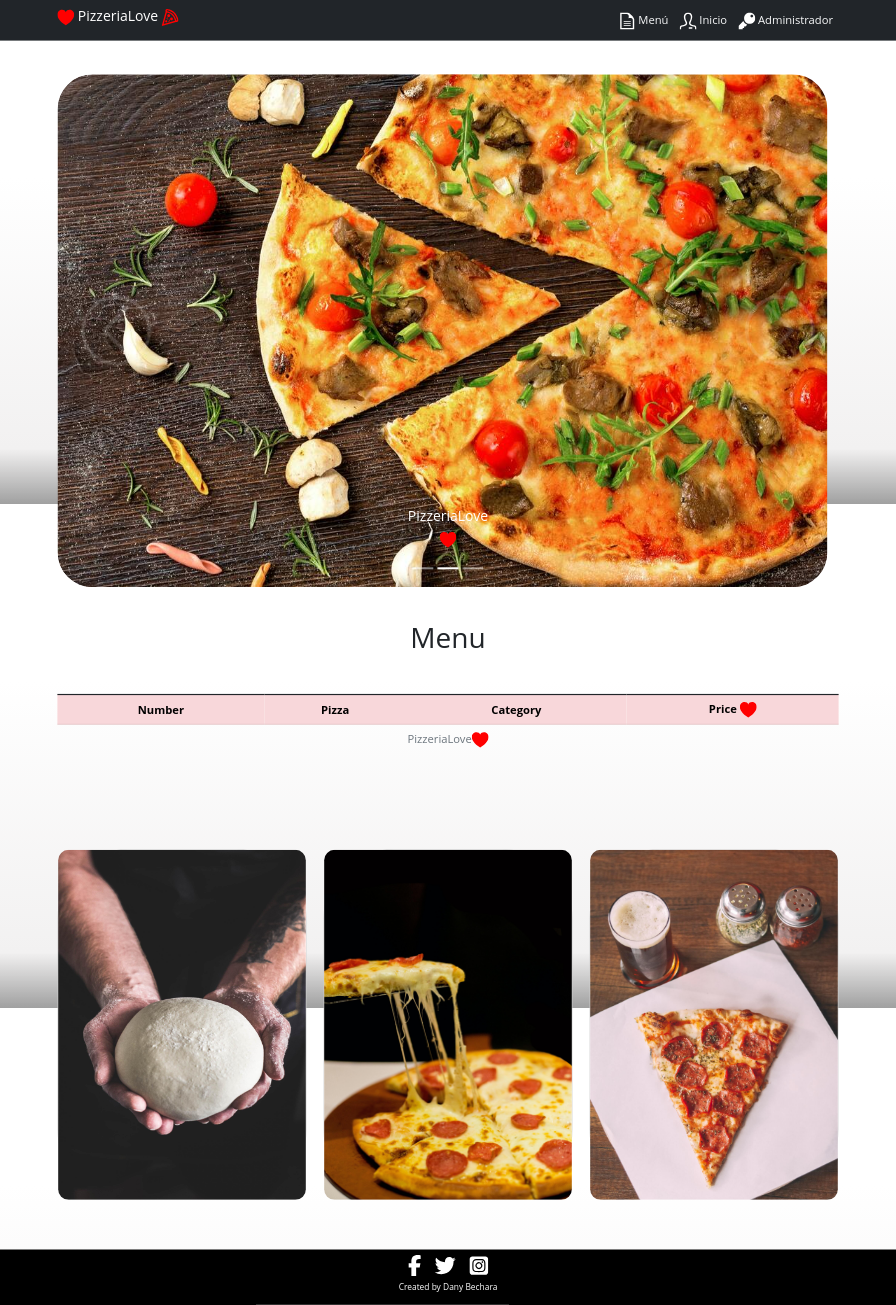
Repository: bechara611/PizzeriaLove
Page: /
The author's editor kept a copy of each file at every save. The page is drawn from the files as they stood at one save, then again after the next save.
The browser window is 1280 px wide. The pictures show the whole page, at 70% of full size.
The page's requests for data from a server got no answer. Backgrounds fixed to the window are drawn as part of the page. The project was rebuilt for these pictures with package versions that can differ from the ones it lists, and the page was loaded fresh each time. No one was signed in, and anything a server would have sent is missing. Also part of the build but not shown: src/App.css, src/App.js, src/Componentes/FormularioAgregarMenu.css, src/Elementos/Alerta.js, src/Elementos/AlertaRed.js, src/Componentes/FormularioAgregarMenu.js.

Above is the page before, as saved 2022-02-25 22:31:37.

### src/index.js
import React,{useState} from 'react';
import ReactDOM from 'react-dom';
import './index.css';
import 'bootstrap/dist/css/bootstrap.css'
import 'bootstrap/dist/js/bootstrap.bundle.min';
import Header from './Componentes/Header';
import {BrowserRouter,Route, Routes,NavLink} from 'react-router-dom'
import {App,App2} from './App';
import WebFont from 'webfontloader'
import './index.css'
import Carousel from './Componentes/Carousel';
import Menu from './Componentes/Menu';
import Footer from './Componentes/Footer';
import { FormularioAgregarMenu } from './Componentes/FormularioAgregarMenu';
import Galeria from './Componentes/Galeria';

WebFont.load({
  google: {
    families: ['Open Sans:400,500,700', 'Sans-serif']
  }
});

const Index = () => {
  const [administrador,cambiaradministrador]=useState(false);
  const [admin,cambiaradmin]=useState('');
  return (
  <BrowserRouter>
     <Header administrador={administrador} cambiaradministrador={cambiaradministrador} cambiaradmin={cambiaradmin} admin={admin}></Header>
   {admin==='admin' ? <h2 className='my-5 tittle text-dark text-center'>ADMIN</h2>:<></>}
     <Carousel></Carousel>

    <Routes>
    <Route path='/' element={<Menu borrar={false} />} ></Route>
    <Route path='/administrador' element={<FormularioAgregarMenu />} ></Route>
    <Route path='/inicio' element={<Menu borrar={false} />} ></Route>
    </Routes>


    <Footer></Footer>
    </BrowserRouter>
    );
}


ReactDOM.render(

  <Index />,
  document.getElementById('root')
);

### src/index.css
* {
  margin: 0;
  font-family:'Open Sans';
  /* Permalink - use to edit and share this gradient: https://colorzilla.com/gradient-editor/#ffffff+0,ffffff+100&1+0,0+100;White+to+Transparent */



}


body
{
  background: rgb(255,255,255);
  background: linear-gradient(180deg, rgba(255,255,255,1) 0%, rgba(255,255,255,1) 35%, rgba(242,241,241,1) 89%, rgba(10,10,10,0.38699229691876746) 100%);

  background-attachment:fixed;
}

### src/Componentes/Header.js
import {NavLink} from 'react-router-dom'
import styled from 'styled-components';
import { BotonTipoNavLink,BotonTipoNavLinkA } from '../Elementos/BotonTipoNavLink';
import {Pizza2,Administrador2,Inicio2,Menu2,Contacto2,Heart2}from '../Elementos/ImagenesSVG';
import {App,App2} from './../App';
import './Header.css'


const Header = ({cambiaradministrador,administrador,cambiaradmin}) => {
    let url1,urladmin;
    url1="/inicio";
    urladmin='/administrador'
      return (
        <>

        <nav className="navbar navbar-expand-sm navbar-dark bg-dark  header_nav">
        <div className="container contenedor1 ">
        <div className='hijo1_header'>
         <BotonTipoNavLink to={url1} className="navbar-brand"> <Heart2 / > PizzeriaLove <Pizza2></Pizza2></BotonTipoNavLink>



        </div>
      <div className='hijo2_header'>
        <button
        className="navbar-toggler mt-2"
        type="button"
        data-bs-toggle="collapse"
        data-bs-target="#menu"
        aria-controls="menu"
        aria-expanded="false"
        aria-label="Mostrar / Ocultar Menu"
      >
        <span className="navbar-toggler-icon"></span>
      </button>

      <div className="collapse navbar-collapse" id="menu">
      <ul className="navbar-nav me-auto mb-2 mb-lg-0 header_menu">
      <li className="nav-item opcion"><a href="#menuu" className="nav-link text-light  opcion" onClick={()=>{cambiaradmin('usuario')}}><Menu2></Menu2> Menú</a></li>
        <li className="nav-item"><BotonTipoNavLinkA to={url1} className="nav-link text-light" onClick={()=>{cambiaradmin('usuario')}}><Inicio2/> Inicio</BotonTipoNavLinkA></li>
        <li className="nav-item"><BotonTipoNavLink to={urladmin} className="nav-link text-light" onClick={()=>{cambiaradmin('admin')}}> <Administrador2 /> Administrador</BotonTipoNavLink></li>
      </ul>

    </div>
    </div>
        </div>

      </nav>

      </>
       );
    }

    export default Header;

### src/Componentes/Carousel.js
import { Heart2 } from '../Elementos/ImagenesSVG'
import imagen1 from './../Imagenes/carousel1.jpg'
import imagen2 from './../Imagenes/carousel2.jpg'
import imagen3 from './../Imagenes/carousel3.jpg'
import './Carousel.css'
const Carousel = () => {
    return (

        <>
<section className="main">
  <div className="container">
    <div className="row mt-5">
      <div className="col">
        <div className="carousel slide carousel-fade" id="mi-carousel" data-bs-ride="carousel">
          <div className="carousel-inner">
            <div className="carousel-item active">
            <div className="carousel-caption">
            <h5>PizzeriaLove</h5>
            <p><Heart2></Heart2></p>
          </div>
              <img className="img-fluid" src={imagen1} alt='' />
            </div>

            <div className="carousel-item" data-bs-interval="5000">
              <div className="carousel-caption">
                <h5>PizzeriaLove</h5>
                <p><Heart2></Heart2></p>
              </div>
              <img className="img-fluid" src={imagen2}  alt=''/>
            </div>
            <div className="carousel-item">
            <div className="carousel-caption">
            <h5>PizzeriaLove</h5>
            <p><Heart2></Heart2></p>
          </div>
            <img className="img-fluid" src={imagen3} alt='' />
            </div>
          </div>



          <button
            className="carousel-control-prev botonprev"
            type="button"
            data-bs-target="#mi-carousel"
            data-bs-slide="prev"
          >
            <span className="carousel-control-prev-icon  icono" aria-hidden="true"></span>
            <span className="visually-hidden">Prev</span>
          </button>
          <button
            className="carousel-control-next"
            type="button"
            data-bs-target="#mi-carousel"
            data-bs-slide="next"
          >
            <span className="carousel-control-next-icon icono" aria-hidden="true"></span>
            <span className="visually-hidden">Next</span>
          </button>




          <div className="carousel-indicators">
            <button
              type="button"
              className="active"
              data-bs-target="#mi-carousel"
              data-bs-slide-to="0"
              aria-label="Slide 1"
            ></button>
            <button
              type="button"
              className=""
              data-bs-target="#mi-carousel"
              data-bs-slide-to="1"
              aria-label="Slide 2"
            ></button>
            <button
              type="button"
              className=""
              data-bs-target="#mi-carousel"
              data-bs-slide-to="2"
              aria-label="Slide 3"
            ></button>
          </div>
        </div>
      </div>
    </div>
  </div>

</section>


        </>
     );
}

export default Carousel;

### src/Componentes/Menu.js
import React from 'react'
import { Heart2, Trash2 } from '../Elementos/ImagenesSVG';
import { db } from '../Firebase/FirebaseConfig';
import './Menu.css'
import useObtenerMenu from '../Hooks/useObtenerMenu';
import BorrarDocumento from '../Firebase/Borrar';
import Galeria from './Galeria';

const Menu = ({borrar}) => {
   const [platos,cambiarplatos]=useObtenerMenu();


    return (
        <>
        <div className="container contenedor-tabla">
        <div className="row my-5">

        <div className="col titulo">
        {borrar===true ?   <h1 className=''>Admin, you can delete a plate here:</h1> :    <h1 className=''>Menu</h1>}

        </div>
        </div>
            <div className="row my-5">

             <div className="table-responsive " id='menuu'>
            <table className="table table-hover table" >
            <caption className='captionMenu'>PizzeriaLove<Heart2></Heart2></caption>
             <thead>
             <tr className={borrar===true?'table-success' : 'table-danger'}>
             <th>Number</th>
             <th>Pizza</th>
             <th>Category </th>
             <th>Price <Heart2></Heart2> </th>
             </tr>
             </thead>
             <tbody>
             {
                 platos.map((plato,index)=>{
                     return <React.Fragment key={index}>
                     <tr onClick={()=>{


                     }} >
                     <td>{index +1}</td>
                     <td>{plato.plato}</td>
                     <td>{plato.categorias}</td>
                     {borrar===true ?    <td>{plato.precio}$  <Trash2 onClick={()=>{
                        if (borrar===true) {
                            BorrarDocumento(plato.id)
                         }
                     }}></Trash2> </td> : <td>{plato.precio}</td> }

                     </tr>
                     </React.Fragment>
                 })
             }
             </tbody>
             </table>
            </div>


            </div>
        </div>
        <Galeria></Galeria>
        </>

        )

}

export  default Menu;

### src/Componentes/Footer.js
import styled from "styled-components";
import './Footer.css'
import { FontAwesomeIcon } from '@fortawesome/react-fontawesome'
import { faCoffee } from '@fortawesome/free-solid-svg-icons'
import {  faFacebookF,faInstagramSquare,faTwitter } from '@fortawesome/free-brands-svg-icons';
import useObtenerMenu from "../Hooks/useObtenerMenu";


const Footer = () => {
    let face='https://www.facebook.com';
    let insta='https://www.instagram.com';
    let twitter='https://www.twitter.com';
    let nuevaPestana="_blank"

    return (
        <>
        <div className="container-fluid " >
        <div className="row fila">
        <footer className="col-12 footer">
        <a href={face} target={nuevaPestana} className='face'><FontAwesomeIcon icon={faFacebookF}/></a>
        <a href={twitter} target={nuevaPestana} className='twitter'><FontAwesomeIcon icon={faTwitter}/></a>
        <a href={insta} target={nuevaPestana} className='instagram'><FontAwesomeIcon icon={faInstagramSquare}/></a>

        </footer>
        <p className="col-12">Created by Dany Bechara</p>
        </div>
        </div>
        </>
     );
}

export default Footer;

### src/Componentes/Galeria.js
import React from 'react';
import './Galeria.css'
import  Pizza1 from './../Imagenes/Pizza1.jpg'
import  Pizza2 from './../Imagenes/Pizza2.jpg'
import  Pizza3 from './../Imagenes/Pizza3.jpg'
import  Pizza4 from './../Imagenes/Pizza4.jpg'
import  Pizza5 from './../Imagenes/Pizza5.jpg'
import  Pizza6 from './../Imagenes/Pizza6.jpg'
import  Pizza7 from './../Imagenes/Pizza7.jpg'
import  Pizza8 from './../Imagenes/Pizza8.jpg'
import {ReactComponent as Menu} from './../Imagenes/Menu.svg'
const Galeria = () => {
    return (

        <>
        <div className="container   py-5">
    <div className="row my-4 ">
        <div className="col-lg-4">
            <div className="card cardcita">
           < img src={Pizza5} alt="" className=" cardcitaImagen"></img>
            </div>
        </div>
        <div className="col-lg-4">
            <div className="card cardcita">
           < img src={Pizza2} alt="" className="cardcitaImagen"></img>
            </div>
        </div>
        <div className="col-lg-4">
            <div className="card cardcita">
           < img src={Pizza8} alt="" className="cardcitaImagen"></img>
            </div>
        </div>
    </div>


        </div>
        </>
     );
}

export default Galeria;

### src/Elementos/BotonTipoNavLink.js
import styled from "styled-components"
import { NavLink } from "react-router-dom"
    const BotonTipoNavLink = styled(NavLink)`
    &:hover
    {
      text-decoration: underline;
      color: black;
    }
    `

    const BotonTipoNavLinkA=styled(BotonTipoNavLink)`
    text-decoration: none;
      color: black;
      cursor:pointer;
    `
    export {BotonTipoNavLink,BotonTipoNavLinkA}

### src/Elementos/ImagenesSVG.js
import styledComponents from 'styled-components';
import {ReactComponent as Pizza} from './../Imagenes/Pizza.svg'
import {ReactComponent as Inicio} from './../Imagenes/Inicio.svg'
import {ReactComponent as Menu} from './../Imagenes/Menu.svg'
import {ReactComponent as Administrador} from './../Imagenes/Administrador.svg'
import {ReactComponent as Contacto} from './../Imagenes/Contacto.svg'
import {ReactComponent as Heart} from './../Imagenes/Heart.svg'
import {ReactComponent as Trash} from './../Imagenes/Trash.svg'
const Pizza2 = styledComponents(Pizza)`
font-size:10px;
z-index: 1;
color:white;
fill:red;

`;
const Inicio2 = styledComponents(Inicio)`
font-size:10px;
z-index: 1;
color:white;
fill:white;

`;
const Menu2 = styledComponents(Menu)`
font-size:10px;
z-index: 1;
color:white;
fill:white;

`;
const Administrador2 = styledComponents(Administrador)`
font-size:10px;
z-index: 1;
color:white;
fill:white;

`;

const Contacto2 = styledComponents(Contacto)`
font-size:10px;
z-index: 1;
color:white;
fill:white;

`;

const Heart2 = styledComponents(Heart)`
font-size:10px;
z-index: 1;
color:white;
fill:red;

`;

const Trash2=styledComponents(Trash)`
fill:blue;
cursor:pointer;
`

export {Pizza2,Administrador2,Inicio2,Menu2, Contacto2,Heart2,Trash2}

### src/Componentes/Header.css

*{
   box-sizing: border-box;
   margin: 0;
   padding: 0;


}
.header_nav2
{
    /* margin-top: -8px; */
    background: -moz-linear-gradient(top,  rgba(211,126,128,1) 0%, rgba(146,171,207,0) 76%, rgba(134,179,222,0) 90%, rgba(125,185,232,0) 100%); /* FF3.6-15 */
background: -webkit-linear-gradient(top,  rgba(211,126,128,1) 0%,rgba(146,171,207,0) 76%,rgba(134,179,222,0) 90%,rgba(125,185,232,0) 100%); /* Chrome10-25,Safari5.1-6 */
background: linear-gradient(to bottom,  rgba(211,126,128,1) 0%,rgba(146,171,207,0) 76%,rgba(134,179,222,0) 90%,rgba(125,185,232,0) 100%); /* W3C, IE10+, FF16+, Chrome26+, Opera12+, Safari7+ */
filter: progid:DXImageTransform.Microsoft.gradient( startColorstr='#d37e80', endColorstr='#007db9e8',GradientType=0 ); /* IE6-9 */


}
body
{
    /* background: url(./../Imagenes/textura.png);
	background-repeat: repeat;
	background-attachment: fixed; */
}

.nav
{


}

.contenedor12
{

    /* min-height: 300px;  */
}

.hijo1_header
{
    align-self: start;
    /* margin-top: 2%; */

}
.hijo2_header
{
    /* margin-top: 2%; */
    align-self: start;
}
.header_menu
{

}

.opcion
{
text-decoration: dotted;
display: inline-block;
opacity: 1;

}



.opcion:hover
{
    text-decoration: underline;
}

.opcion:link
{
color: green;
}

### src/Componentes/Carousel.css
.carousel-inner{border-radius: 50px;}
.carousel-item{border-radius: 50px;}
.img-fluid{border-radius: 50px;}
.icono {
    height: 100px;
    width: 100px;

      /*shape border*/
      border: 5px solid white;
      border-radius: 50%; /*zero for square */
      opacity: 0.3;
      /*symbol */
      color: BLACK;



}
.icono:hover{opacity: 1;}

### src/Firebase/FirebaseConfig.js
import { initializeApp } from "firebase/app";
import { getAnalytics } from "firebase/analytics";
import { getFirestore } from "firebase/firestore";
import { getAuth, createUserWithEmailAndPassword } from "firebase/auth";

const firebaseConfig2 = {
    apiKey: "AIzaSyDhYuWK_8Uy4S-BtkFmFfityIjQnt4M3Is",
    authDomain: "pizzerialove-00.firebaseapp.com",
    projectId: "pizzerialove-00",
    storageBucket: "pizzerialove-00.appspot.com",
    messagingSenderId: "356504995914",
    appId: "1:356504995914:web:c5fee404edbf5f32affeb3",
    measurementId: "G-CK1N9HMEKD"
  };


    const firebaseConfig = {
      apiKey:process.env.REACT_APP_FIREBASE_API_KEY,
      authDomain:process.env.REACT_APP_FIREBASE_AUTH_DOMAIN,
      projectId:process.env.REACT_APP_FIREBASE_PROJECT_ID,
      storageBucket:process.env.REACT_APP_FIREBASE_STORAGE_BUCKET,
      messagingSenderId:process.env.REACT_APP_FIREBASE_MESSAGING_SENDER_ID,
      appId:process.env.REACT_APP_FIREBASE_APP_ID,
      measurementId:process.env.REACT_APP_FIREBASE_MEASUREMENT_ID
    };



// Initialize Firebase
const app = initializeApp(firebaseConfig);
const analytics = getAnalytics(app);
const db= getFirestore();
const auth=getAuth();

export {app,analytics,db,auth};

### src/Componentes/Menu.css
.captionMenu
{
    text-align: center;
}

.titulo{text-align: center;}

td{text-align: center;}
th{text-align: center;}

.basurita{background: black;}

.table-responsive{




    }

### src/Hooks/useObtenerMenu.js
import React,{useEffect,useState} from 'react'
import { db } from '../Firebase/FirebaseConfig';
import { collection,onSnapshot } from 'firebase/firestore';

const useObtenerMenu = () => {
    const [platos,cambiarplatos]=useState([{}])
    useEffect(()=>{

            const FuncionObtenerMenu=onSnapshot(collection(db,'menu'), (snapShot)=>{

               let vectormenu=snapShot.docs.map((documento)=>{
                  // console.log(documento.id)
                    return {...documento.data(),id:documento.id}
                })
              //  console.log(vectormenu);
              cambiarplatos([{}])
                cambiarplatos(vectormenu)
            })




            return FuncionObtenerMenu;
          },[])
          return [platos,cambiarplatos]
}

export default useObtenerMenu;

### src/Firebase/Borrar.js
import { db,app } from './FirebaseConfig'
import {doc,deleteDoc, } from 'firebase/firestore'
const BorrarDocumento =async (id) => {
  try {
  await deleteDoc(doc(db,'menu',id));

   } catch (error) {
    console.log(error)
   }

}

export default BorrarDocumento;

### src/Componentes/Footer.css
.footer
{
    display: flex;
    flex-direction: row;
    justify-content: center;

}
.fila
{
    display: flex;
    justify-content: center;
    text-align: center;
    background: black;
    font-size: 12px;
}
.fila p
{

color: white;
}
.footer a{
    text-decoration: none;
font-size: 30px;
display: inline-block;
color: white;
margin: 0 10px;
}
.face:hover{color: blue;}
.twitter:hover{color: lightblue;}
.instagram:hover{color:#fcaf45}

### src/Componentes/Galeria.css
.cardcita{
   border-radius: 100px;
   max-height: 500px;
   min-height: 500px;

}

.cardcitaImagen
{
    border-radius: 15px;
    max-height: 500px;
   min-height: 500px;

}
.fila
{


}

Loaded but not shown: public/index.html (common file)

After the next save:
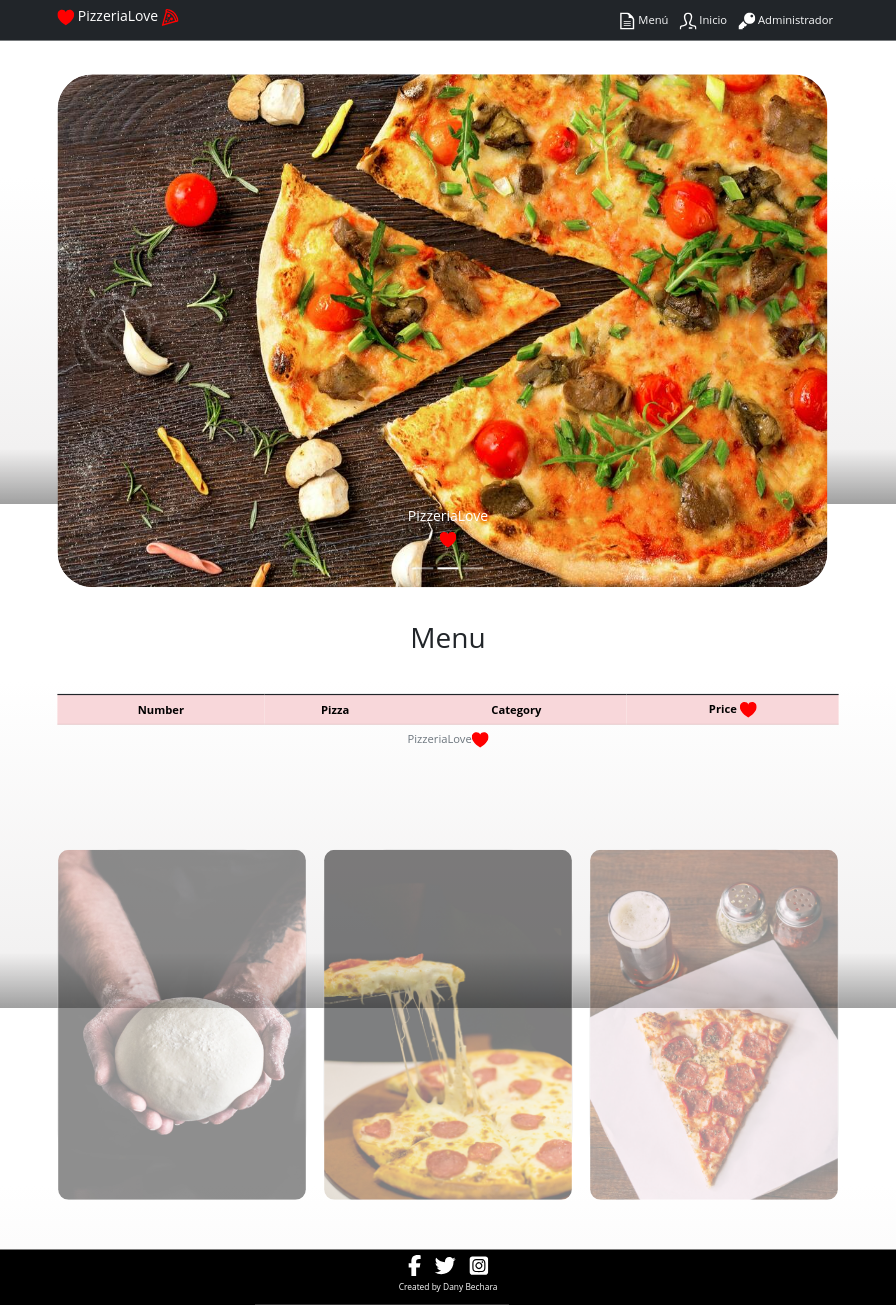
Saved 33 s later.
--- a/src/Componentes/Galeria.css
+++ b/src/Componentes/Galeria.css
@@ -2,6 +2,7 @@
    border-radius: 100px;
    max-height: 500px;
    min-height: 500px;
+   opacity: .5;
 
 }
 
